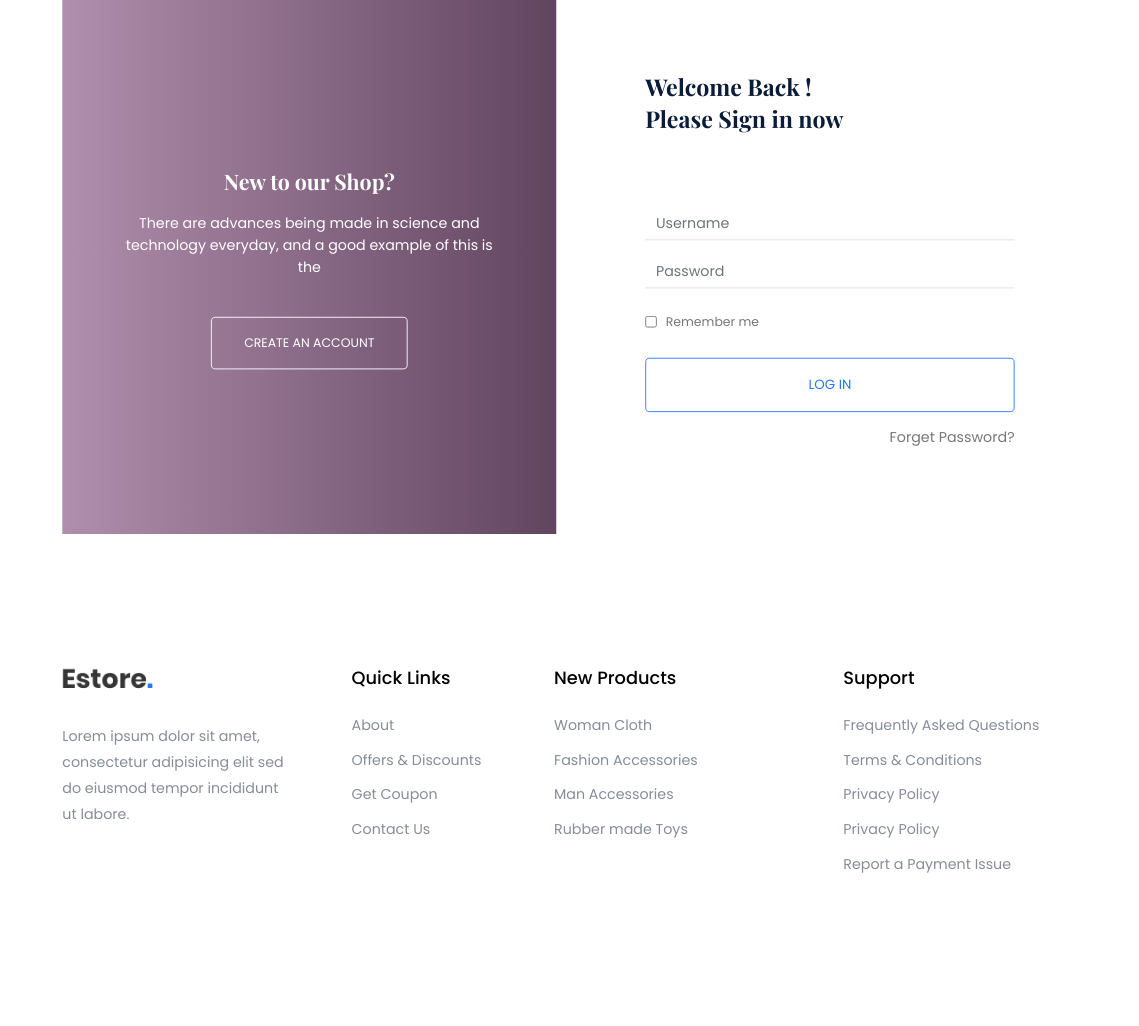
Repository: tuanloc782004/Estore-Bookshop-Website
Page: http://localhost/auth/login
These files come from the project's save history. The page is drawn as it stood at one moment and after the next save; the edit follows.
The browser window is 1280 px wide. The pictures show the whole page, at 89% of full size.
Some web fonts or font styles are not loaded; a fallback is used. The page is this project's Thymeleaf template; nobody is signed in. The template is opened directly, without the code that normally fills it, so the values that code supplies are empty.

Above is the page before, as saved 2024-10-26 03:15:43.

After the next save:
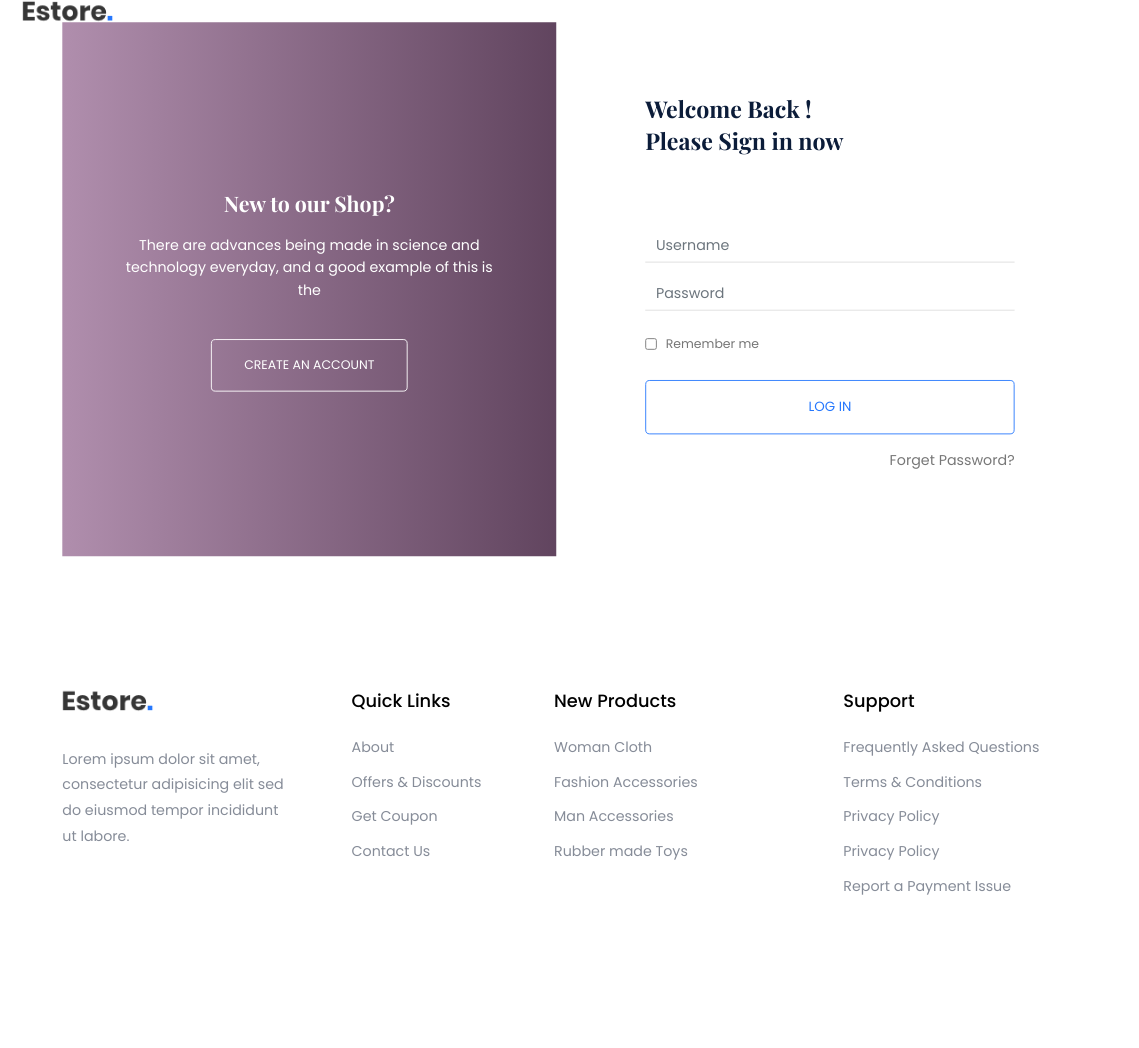
Saved 36 s later.
--- a/myscp/src/main/resources/templates/auth/login.html
+++ b/myscp/src/main/resources/templates/auth/login.html
@@ -5,6 +5,10 @@
 <head th:replace="user/layout/head::head"></head>
 
 <body>
+
+	<div th:replace="user/layout/preloader-start::preloader-start"></div>
+
+	<header th:replace="auth/layout/header::header"></header>
 
 	<!--================login_part Area =================-->
 	<section class="login_part">
